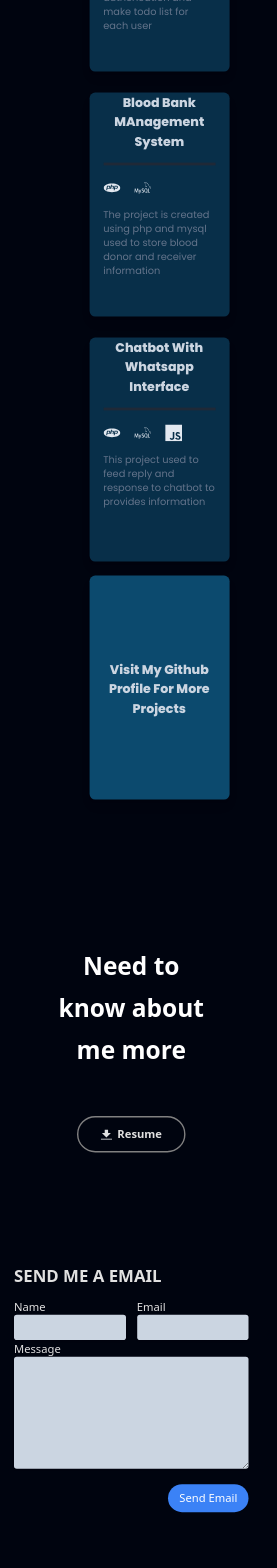
Repository: sibi24sibi/MyPersonalPortfolio
Page: /
These files come from the project's save history. The page is drawn as it stood at one moment and after the next save; the edit follows.
The browser window is 375 px wide. The page is 395 px wide, so the pictures cover 395 px, including what lies to the right of the window. The pictures show the part of the page from y = 3156 to 5396 px (the page is 5396 px tall before and 5346 px after), at 70% of full size.
The project was rebuilt for these pictures with package versions that can differ from the ones it lists, and the page was loaded fresh each time. Also part of the build but not shown: vite.config.js, src/components/Menu.jsx, src/components/Footer.jsx.

Above is the page before, as saved 2024-05-03 20:25:12.

After the next save:
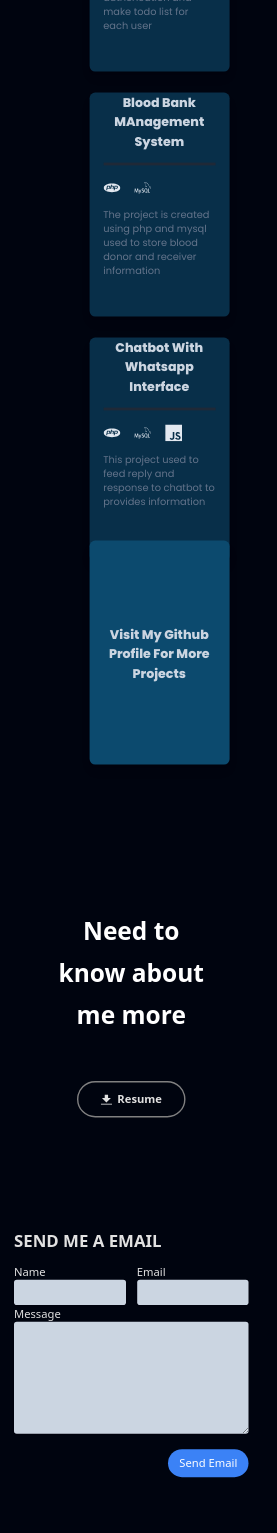
Saved 20 s later.
--- a/src/components/proj_style.css
+++ b/src/components/proj_style.css
@@ -42,6 +42,7 @@
   }
   .card:not(:first-child) {
     margin-left:auto;
+    margin-top: -40px;
   }
   .card:hover ~ .card {
     position:unset;
